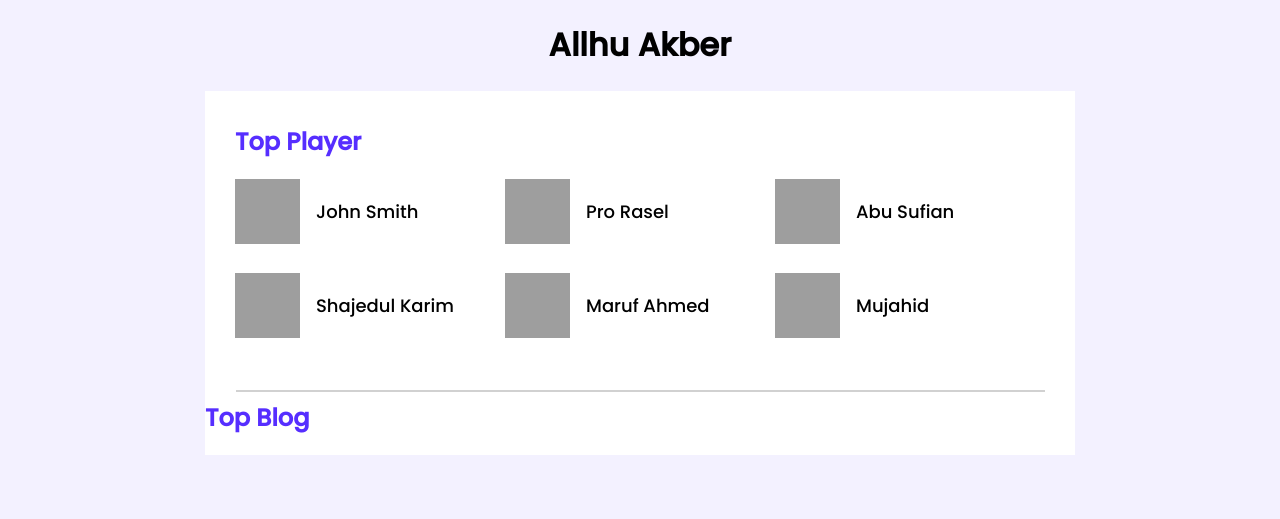
Repository: zjria/leader-board
Page: index.html
The author's editor kept a copy of each file at every save. The page is drawn from the files as they stood at one save, then again after the next save.
The browser window is 1280 px wide. The pictures show the whole page.
Pictures or frames that could not be fetched are drawn as grey boxes.

Above is the page before, as saved 2022-09-04 07:21:49.

### index.html
<!DOCTYPE html>
<html lang="en">

<head>
    <meta charset="UTF-8">
    <meta http-equiv="X-UA-Compatible" content="IE=edge">
    <meta name="viewport" content="width=device-width, initial-scale=1.0">
    <title>leader-board</title>
    <!-- Custom CSS -->
    <link rel="stylesheet" href="/style/style.css">
</head>

<body>
    <h1>Allhu Akber</h1>
    <!-- Header Section -->
    <header>

    </header>
    <!-- Main Section -->
    <main>
        <section class="container">
            <div class="top-players">
                <h2 class="section-title">Top Player</h2>
                <div class="players">
                    <div class="player">
                        <img src="images/players/player-1.png" alt="">
                        <h3 class="name-title">John Smith</h3>
                    </div>
                    <div class="player">
                        <img src="images/players/player-2.png" alt="">
                        <h3 class="name-title">Pro Rasel</h3>
                    </div>
                    <div class="player">
                        <img src="images/players/player-3.png" alt="">
                        <h3 class="name-title">Abu Sufian</h3>
                    </div>
                    <div class="player">
                        <img src="images/players/player-4.png" alt="">
                        <h3 class="name-title">Shajedul Karim</h3>
                    </div>
                    <div class="player">
                        <img src="images/players/player-5.png" alt="">
                        <h3 class="name-title">Maruf Ahmed</h3>
                    </div>
                    <div class="player">
                        <img src="images/players/player-6.png" alt="">
                        <h3 class="name-title">Mujahid</h3>
                    </div>
                </div>
            </div>
            <hr class="horigantal-line">

            <!-- Blog information -->
            <div class="blog-information">
                <h2 class="section-title">Top Blog</h2>
            </div>

        </section>
    </main>
</body>

</html>

### style/style.css
/* Google Fonts */
@import url('https://fonts.googleapis.com/css2?family=Poppins:wght@500&family=Roboto:wght@100;300;400;500;700;900&display=swap');

h1 {
    display: flex;
    justify-content: center;
}

/* Commant CSS Utilitis */
body {
    border: 0px;
    margin: 0px;
    font-family: 'Poppins', sans-serif;
    /* font-family: 'Roboto', sans-serif; */
    background-color: #F3F1FF;
}

/* Top Players Section */
main {
    display: flex;
    justify-content: center;
}

.section-title {
    color: #562EFF;
    font-size: 24px;
}

.container {
    background-color: #FFFFFF;
    width: 870px;
}

.top-players {
    padding: 30px;
    margin-bottom: 22px;
}

h2.section-title {
    margin-top: 3px;
}

.players {
    display: grid;
    grid-template-columns: repeat(3, 1fr);
    grid-row-gap: 29px;
}

.player {
    display: flex;
    align-items: center;
}

.player img {
    width: 65px;
    height: 65px;
}

.name-title {
    margin-left: 16px;
    font-size: 18px;
    font-weight: normal;
}

.horigantal-line {
    border: 1px solid #D1D1D1;
    width: 807px;
}

After the next save:
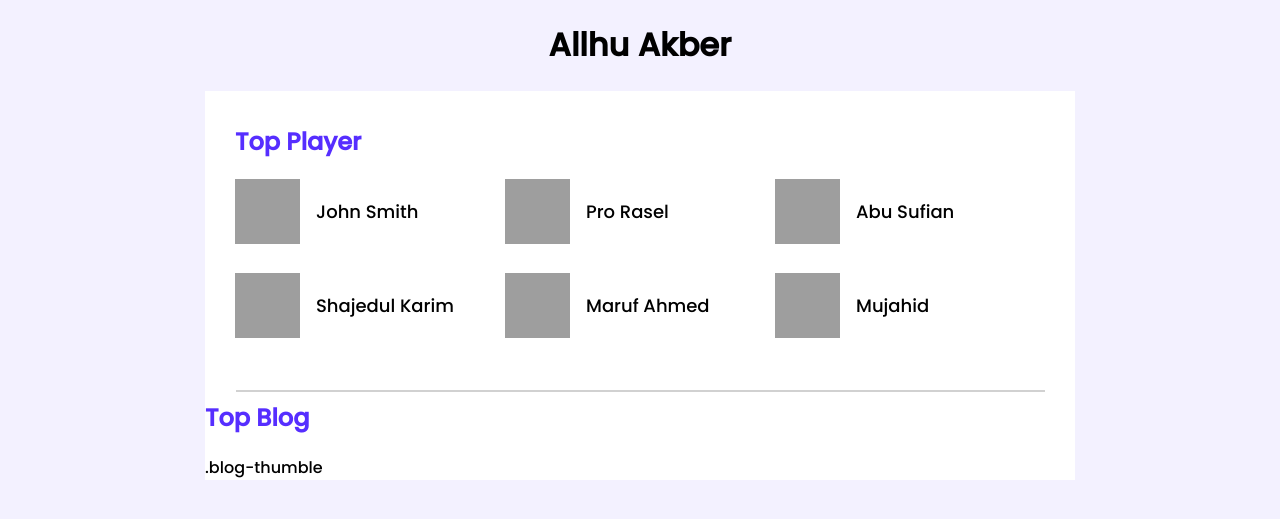
Saved 68 s later.
--- a/index.html
+++ b/index.html
@@ -53,6 +53,7 @@
             <!-- Blog information -->
             <div class="blog-information">
                 <h2 class="section-title">Top Blog</h2>
+                .blog-thumble
             </div>
 
         </section>
